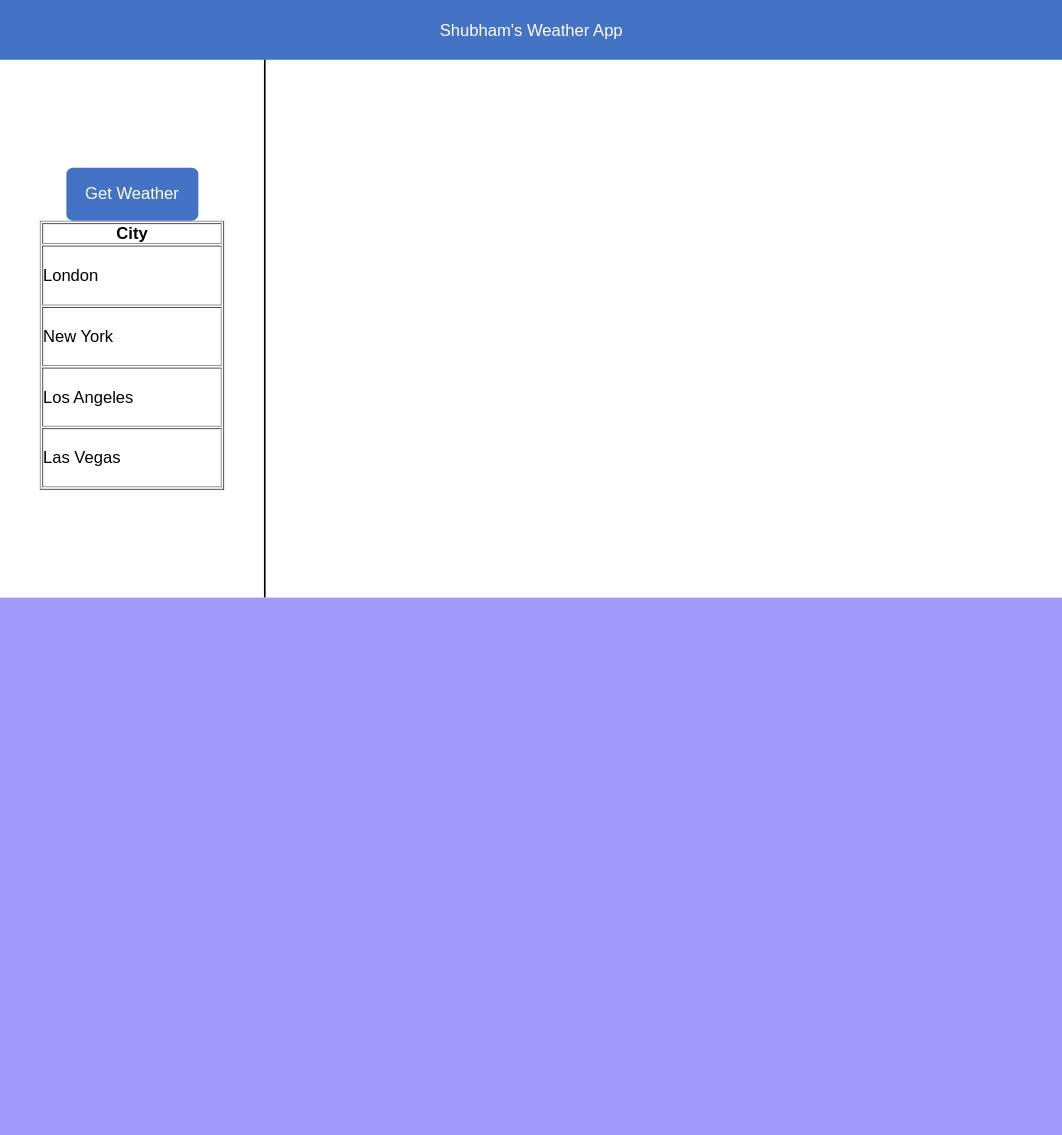
Repository: hey-shubham/WeatherAPI
Page: index.html
These files come from the project's save history. The page is drawn as it stood at one moment and after the next save; the edit follows.
The browser window is 1280 px wide. The pictures show the whole page, at 83% of full size.

Above is the page before, as saved 2022-03-28 20:40:26.

After the next save:
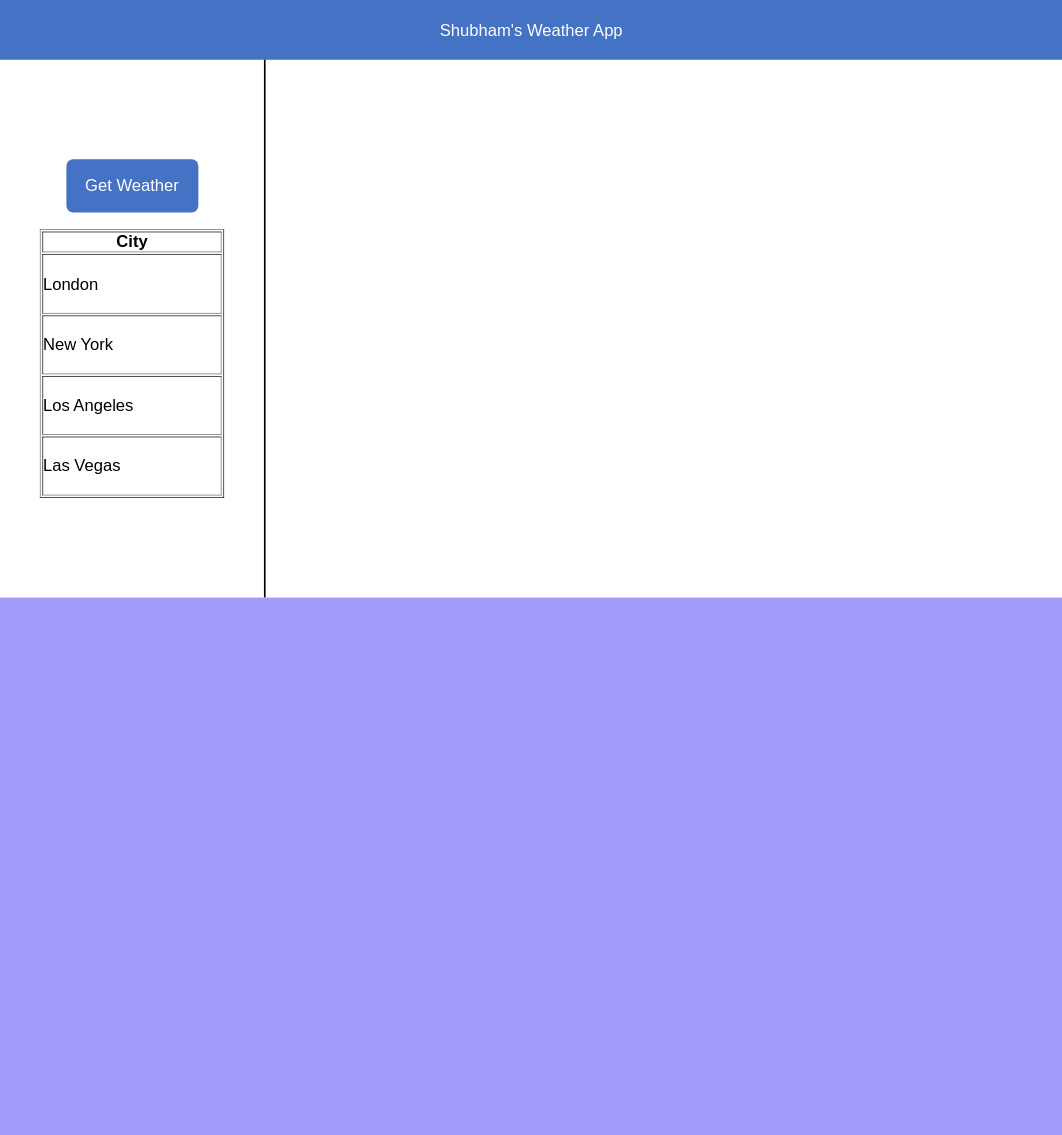
Saved 4 s later.
--- a/style.css
+++ b/style.css
@@ -39,7 +39,7 @@ html,body{
     border-style: none;
     color: white;
     background-color: #4472C4;
-    margin-bottom: ;
+    margin-bottom: 1rem;
 }
 aside table{
     height: 50%;
